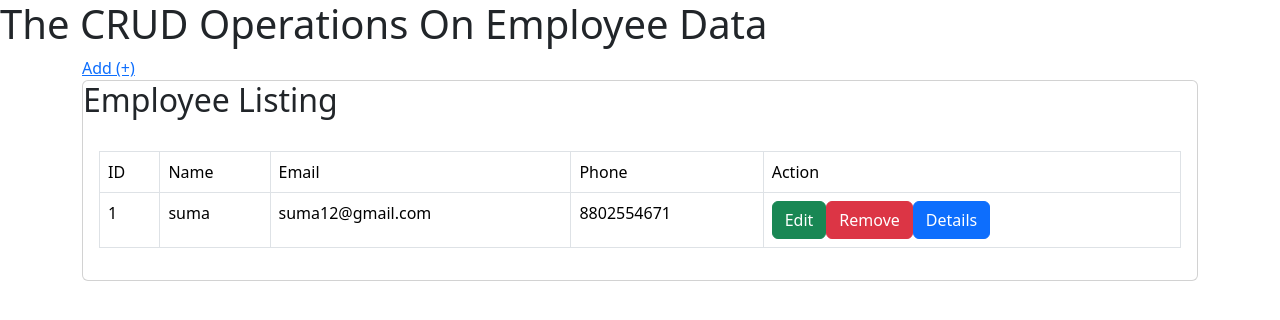
Repository: suraj-yadav7/CRUD_Emp_Data
Page: /
These files come from the project's save history. The page is drawn as it stood at one moment and after the next save; the edit follows.
The browser window is 1280 px wide. The pictures show the whole page.
The project was rebuilt for these pictures with package versions that can differ from the ones it lists, and the page was loaded fresh each time. Requests to the local data server were answered from the project's data file. Also part of the build but not shown: src/App.css, src/components/EmpCreate.jsx, src/components/EmpDetails.jsx, src/components/EmpEdit.jsx.

Above is the page before, as saved 2023-06-11 12:13:57.

After the next save:
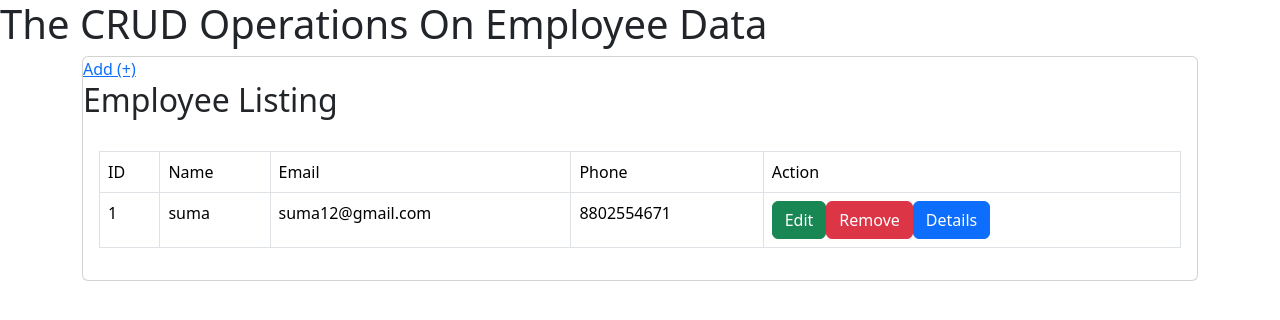
Saved 12 s later.
--- a/src/components/Employee.jsx
+++ b/src/components/Employee.jsx
@@ -12,8 +12,8 @@ const Employee = () => {
   return (
     <>
       <div className='container'>
+        <div className='card'>
         <div ><Link>Add (+)</Link></div>
-        <div className='card'>
             <div className='card-title'>
                 <h2>Employee Listing</h2>
             </div>
